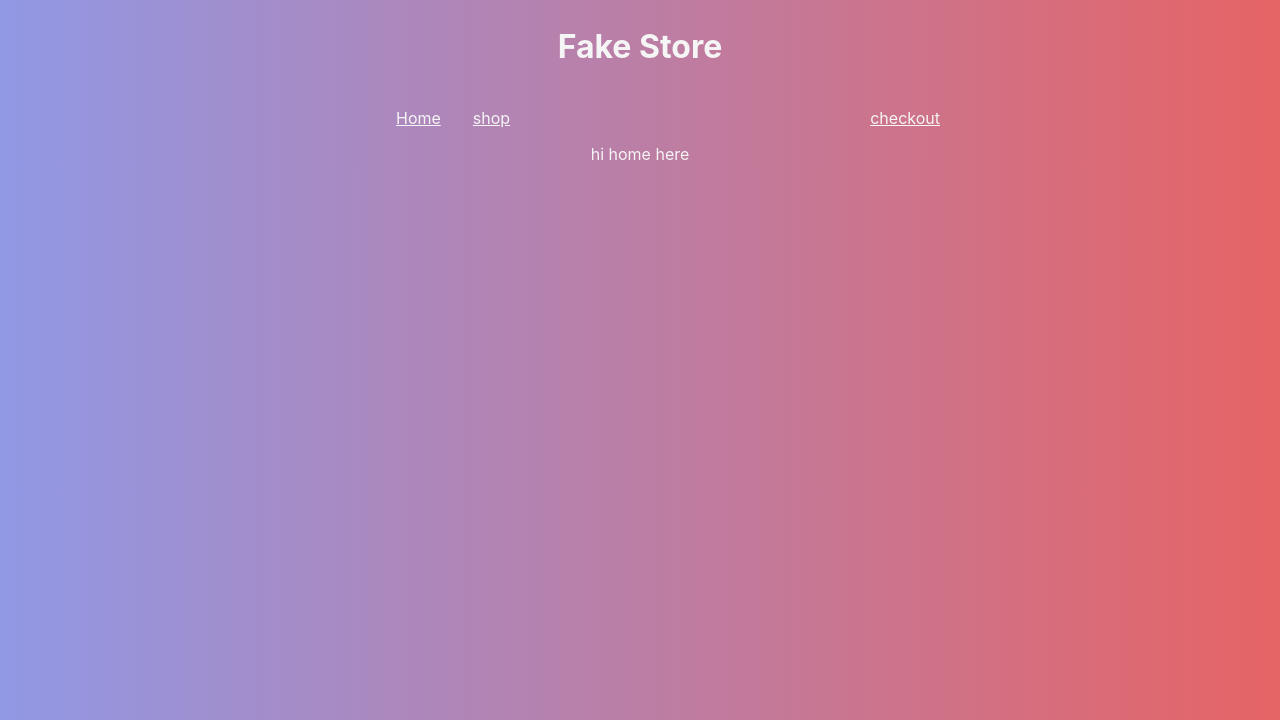
Repository: 0101chaitanya/shopping-cart
Page: /
An editor plug-in stored every save of this project. The page is shown before and after a run of saves, followed by the edit.
The browser window is 1280 px wide. The pictures show the whole page.
Some web libraries are served in a nearby version. The project was rebuilt for these pictures with package versions that can differ from the ones it lists, and the page was loaded fresh each time. Also part of the build but not shown: src/components/Book.js, src/components/Shop.js, src/components/Checkout.js.

Above is the page before, as saved 2021-08-03 18:13:26.

After the next 2 saves:
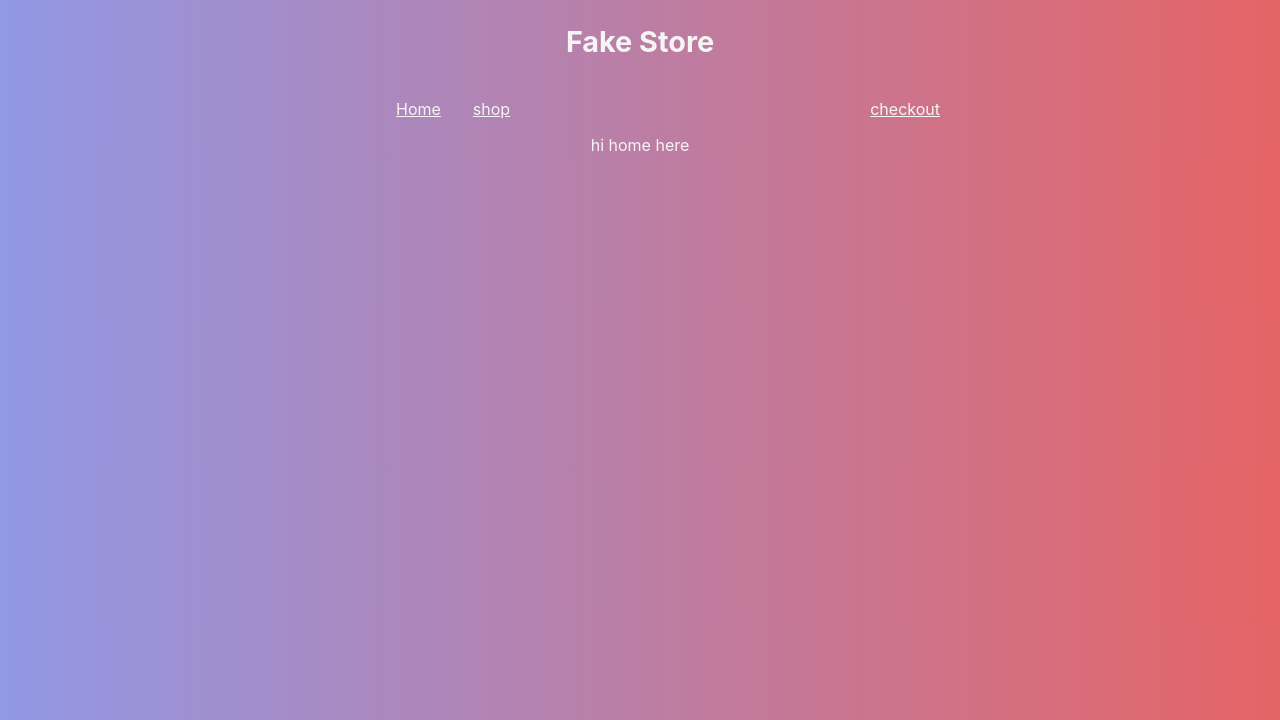
The 2 saves are shown as one change because they came seconds apart.
The last was saved 8 s later.
--- a/src/App.css
+++ b/src/App.css
@@ -24,7 +24,7 @@ nav {
 nav > h1 {
   justify-content: center;
   text-align: center;
-  font-size: 2rem;
+  font-size: 1.8rem;
 }
 nav > ul {
   grid-area: ul;
